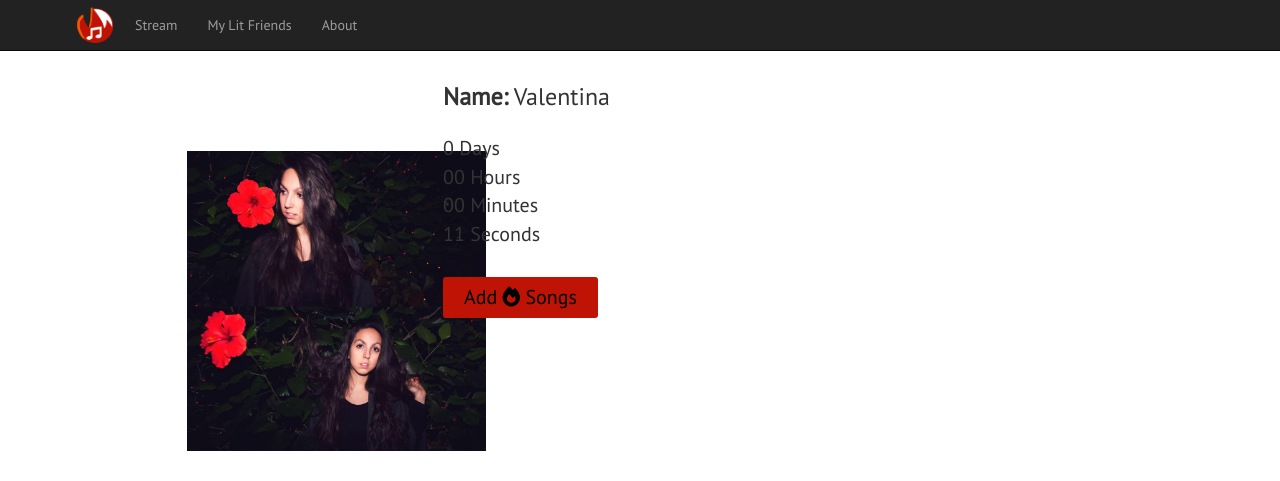
Repository: jaymccrey/wichacks2017
Page: edit-profile.html
The author's editor kept a record of every edit. The page is drawn from the files as they stood at one moment, then again after the next edit.
The browser window is 1280 px wide. The pictures show the part of the page from y = 0 to 481 px (the page is 936 px tall before and 1103 px after).
Pictures or frames that could not be fetched are drawn as grey boxes. Some web libraries are served in a nearby version.

Above is the page before.

After the next edit:
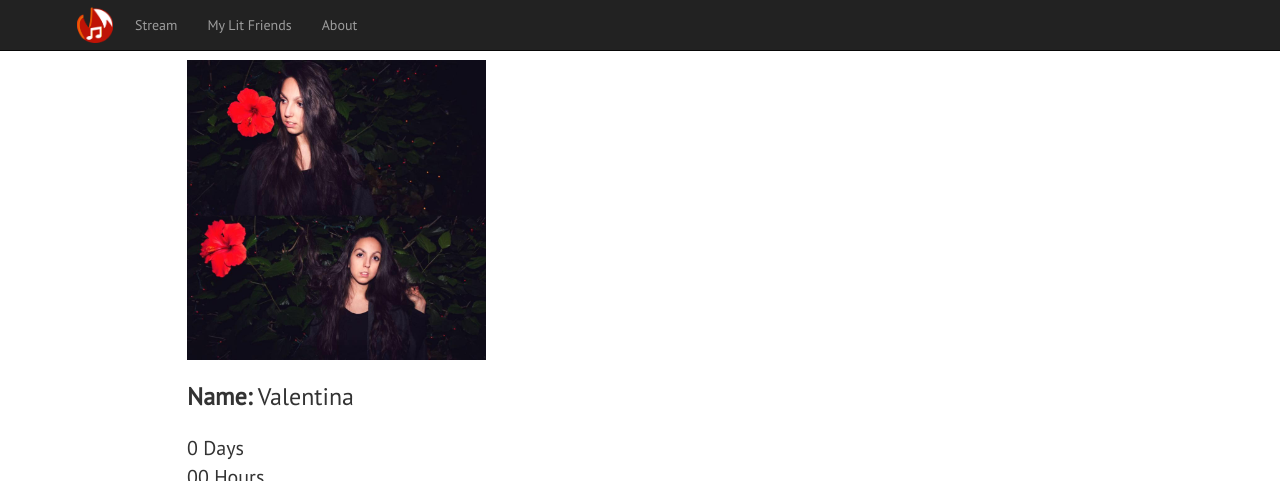
The edit:
--- a/css/profile.css
+++ b/css/profile.css
@@ -14,7 +14,7 @@
 }
 
 .userInfo {
-    width: 33%;
+    width: 75%;
     display: inline-block;
     font-size: 24px;
 }
